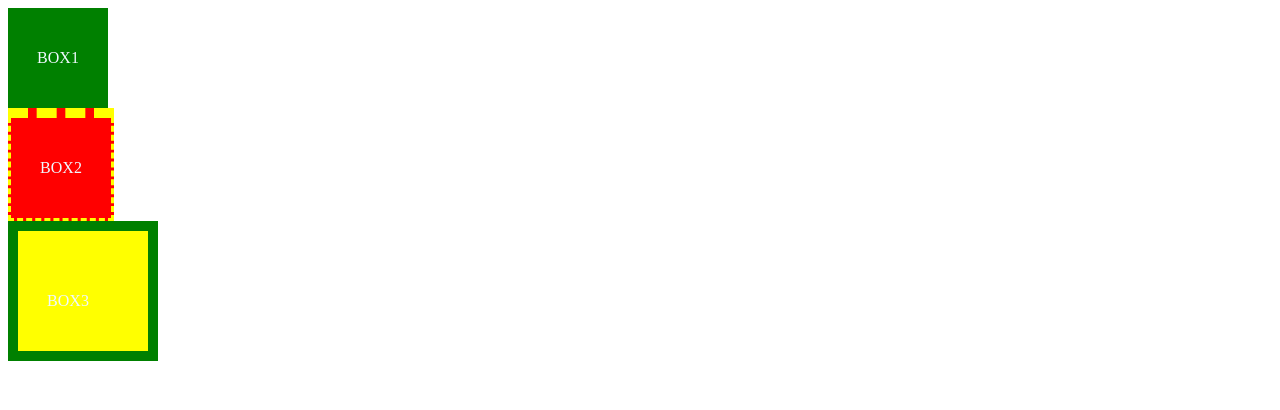
Repository: Ducspdn/WeTheBandF8
Page: html_learn_f8/padding.html
The author's editor kept a copy of each file at every save. The page is drawn from the files as they stood at one save, then again after the next save.
The browser window is 1280 px wide. The pictures show the whole page.

Above is the page before, as saved 2023-01-12 20:23:18.

After the next save:
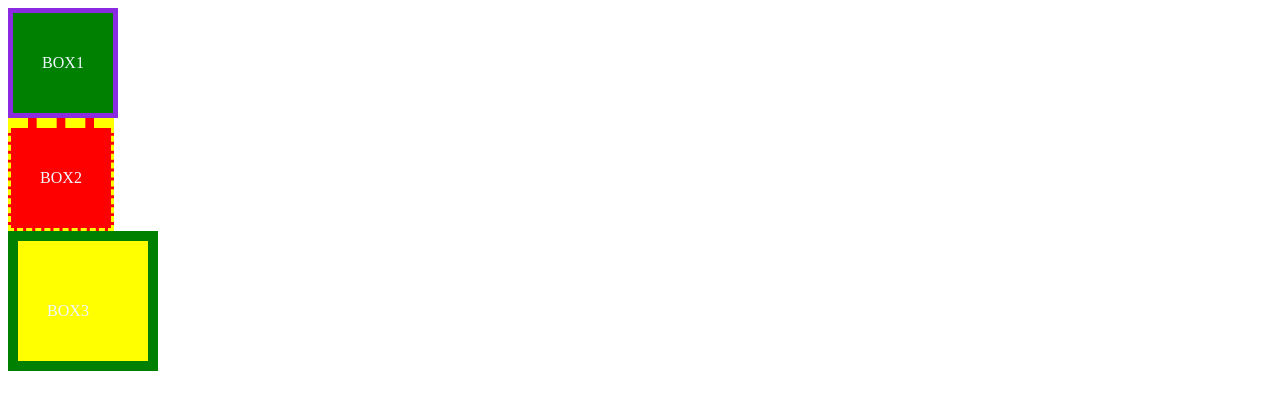
Saved 89 s later.
--- a/html_learn_f8/padding.html
+++ b/html_learn_f8/padding.html
@@ -20,6 +20,9 @@
                 display: flex;
                 align-items: center;
                 justify-content: center;
+                border: 5px;
+                border-color: blueviolet;
+                border-style: solid;
             }
             .box2{
                 background : red;
